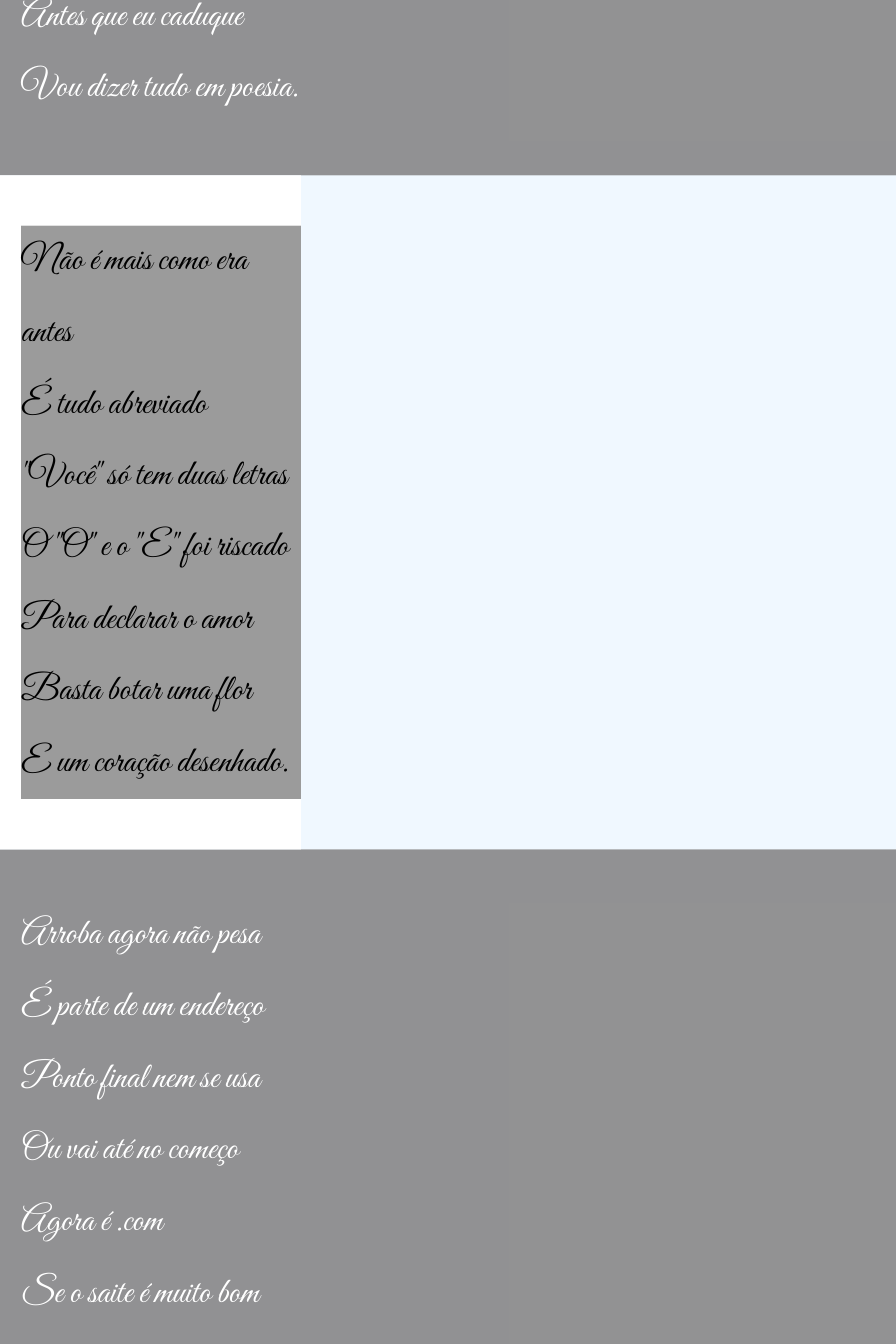
Repository: Lucianorodriguesdev/cursoHTML-CSS
Page: dasafios/index.html
These files come from the project's save history. The page is drawn as it stood at one moment and after the next save; the edit follows.
The browser window is 1280 px wide. The pictures show the part of the page from y = 889 to 2809 px (the page is 6362 px tall before and 6055 px after), at 70% of full size.
Some web fonts or font styles are not loaded; a fallback is used.

Above is the page before, as saved 2026-06-17 10:03:37.

### dasafios/index.html
<!DOCTYPE html>
<html lang="pt-br">
<head>
    <meta charset="UTF-8">
    <meta name="viewport" content="width=device-width, initial-scale=1.0">
    <title>Cordel Moderno</title>
    <link rel="stylesheet" href="estilo/style.css">
</head>
<body>
    <header>
        <h1>Cordel Moderno</h1>
        <p>Por <a href="https://www.recantodasletras.com.br/poesias/3186743" target="_blank">Milton Duarte</a></p>

    </header>
    <section class="normal">
        <p>
            Estou ficando cansado<br>
            Da tal tecnologia<br>
            Só se fala por e-mail<br>
            Mensagem curta e fria<br>
            Twitter e Facebook<br>
            Antes que eu caduque<br>
            Vou dizer tudo em poesia.
        </p>
    </section>



    <section class="imagem">
        <p>
            Não é mais como era antes<br>
            É tudo abreviado<br>
            "Você" só tem duas letras<br>
            O "O" e o "E" foi riscado<br>
            Para declarar o amor<br>
            Basta botar uma flor<br>
            E um coração desenhado.
        </p>
    </section>



    <section class="normal">
        <p>
            Arroba agora não pesa<br>
            É parte de um endereço<br>
            Ponto final nem se usa<br>
            Ou vai até no começo<br>
            Agora é .com<br>
            Se o saite é muito bom<br>
            Ele vale um alto preço.
        </p>

        <p>
            Pra piorar a liguagem<br>
            O emoticom é um risco<br>
            Tem símbolo para tudo<br>
            Ponto e vírgula e um asterisco<br>
            Um beijo significa<br>
            Pra entender como fica<br>
            Decifre esse rabisco.
        </p>
    </section>



    <section class="imagem">
        <p>
            Tenho saudade das cartas<br>
            Escritas com a própria mão<br>
            Mandava no mês de Junho<br>
            Só chegava no Verão<br>
            Mas matava a saudade<br>
            Era texto de verdade<br>
            Nas linhas do coração.
        </p>
    </section>



    <section class="normal">
        <p>
            Agora, escrevo e envio<br>
            Chegando na mesma hora<br>
            Mas quando vou prosear<br>
            A pessoa foi embora<br>
            Abriu outro aplicativo<br>
            O mundo ficou cativo<br>
            Da tecnologia do agora.
        </p>

        <p>
            Felizmente, pra orar<br>
            Não precisa de internet<br>
            Deus escuta todo mundo<br>
            Se quiser, faça esse teste<br>
            Dois pontos são dois joelhos<br>
            Seus lábios são aparelhos<br>
            Deixe que Deus interprete.
        </p>
    </section>
    <footer>
        <p>Site criado por <a href="https://github.com/Lucianorodriguesdev" target="_blank">Luciano Rodrigues</a> para o <a href="www.cursoemvideo.com" target="_blank">curso em video</a></p>
    </footer>

</body>
</html>

### dasafios/estilo/style.css
@charset_"UTF-8";
@import url('https://fonts.googleapis.com/css2?family=Passion+One:wght@400;700;900&display=swap');
@import url('https://fonts.googleapis.com/css2?family=Great+Vibes&display=swap');
:root{
    --fonte1: Verdana, Geneva, Tahoma, sans-serif;
    --fonte2: "Passion One", sans-serif;
    --fonte3: "Great Vibes", cursive;
}

*{
    margin: 0px;
    padding: 0px;

}
body{
    min-height: 100vh;
    background-color: aliceblue;
    font-family: var(--fonte1);
}
header{
    background-color: black;
    font-size: 4vw;
    text-align: center;
}
header> h1{
    color: white;
    padding-top: 50px;
    font-variant: small-caps;
    font-family: var(--fonte2);

}
header>p{
    padding-bottom: 50px;
    color: white;
}
section{
    padding-bottom: 10vh;
    padding-top: 10vh;
    line-height: 2em;
    padding-left: 30px;
    font-family: var(--fonte3);
    font-size: 4vw;
}
section.normal{
    background-color: rgba(123, 121, 121, 0.803);
    color: white;
}
section.imagem{
    display:inline-block;
    background-color: white;
    color: black;
}
section.imagem>p{
    width: 400px;
    background-color: rgba(0, 0, 0, 0.392);
}
header a, footer a{
    color:white;
    text-decoration: none;
    font-weight: bolder;
}
header a:hover, footer a:hover{
    text-decoration: underline;
}
footer{
    background-color: black;
    text-align: center;
    color:white;
    padding: 10px;

}

After the next save:
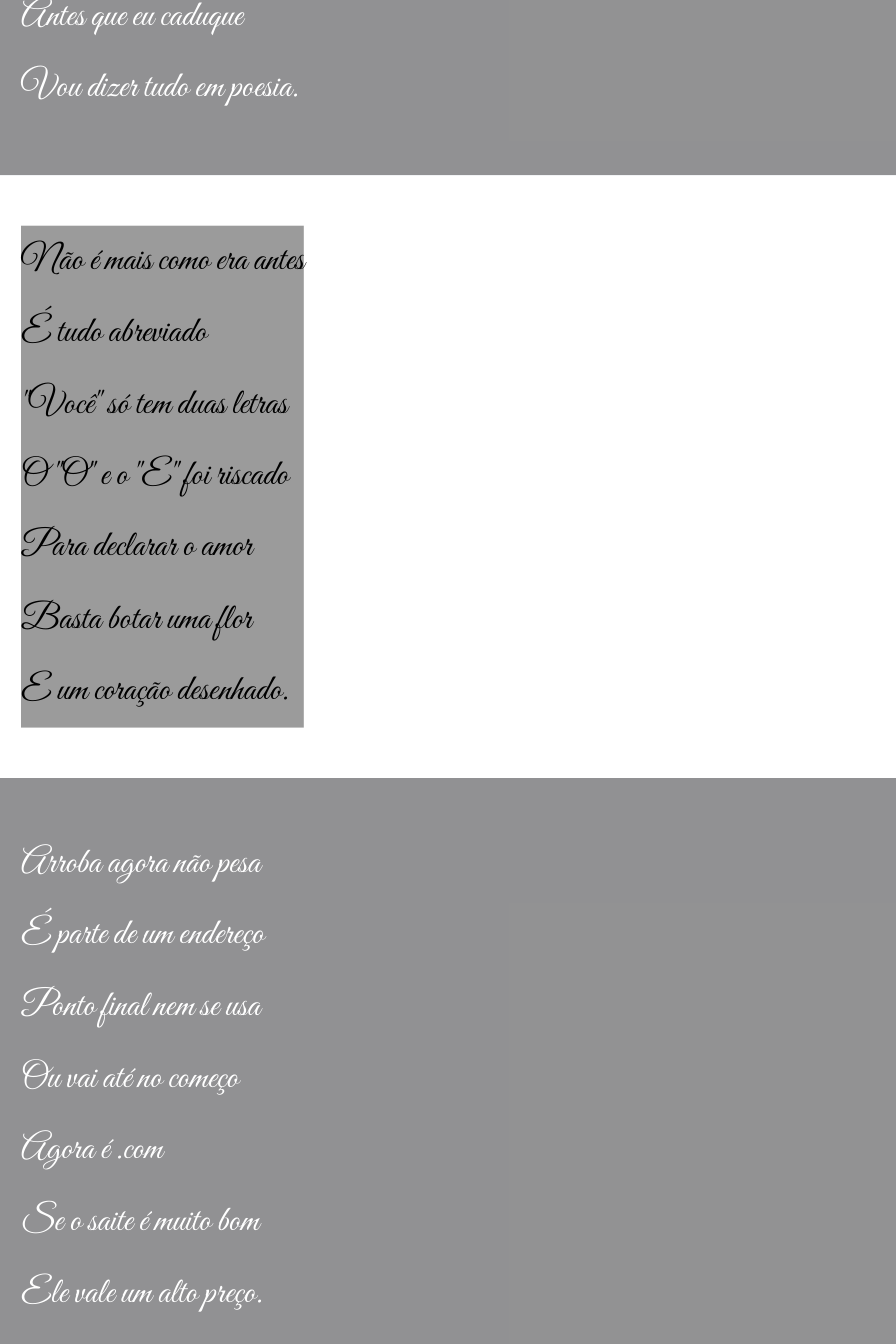
Saved 37 s later.
--- a/dasafios/estilo/style.css
+++ b/dasafios/estilo/style.css
@@ -46,12 +46,12 @@ section.normal{
     color: white;
 }
 section.imagem{
-    display:inline-block;
+
     background-color: white;
     color: black;
 }
 section.imagem>p{
-    width: 400px;
+    display:inline-block;
     background-color: rgba(0, 0, 0, 0.392);
 }
 header a, footer a{
